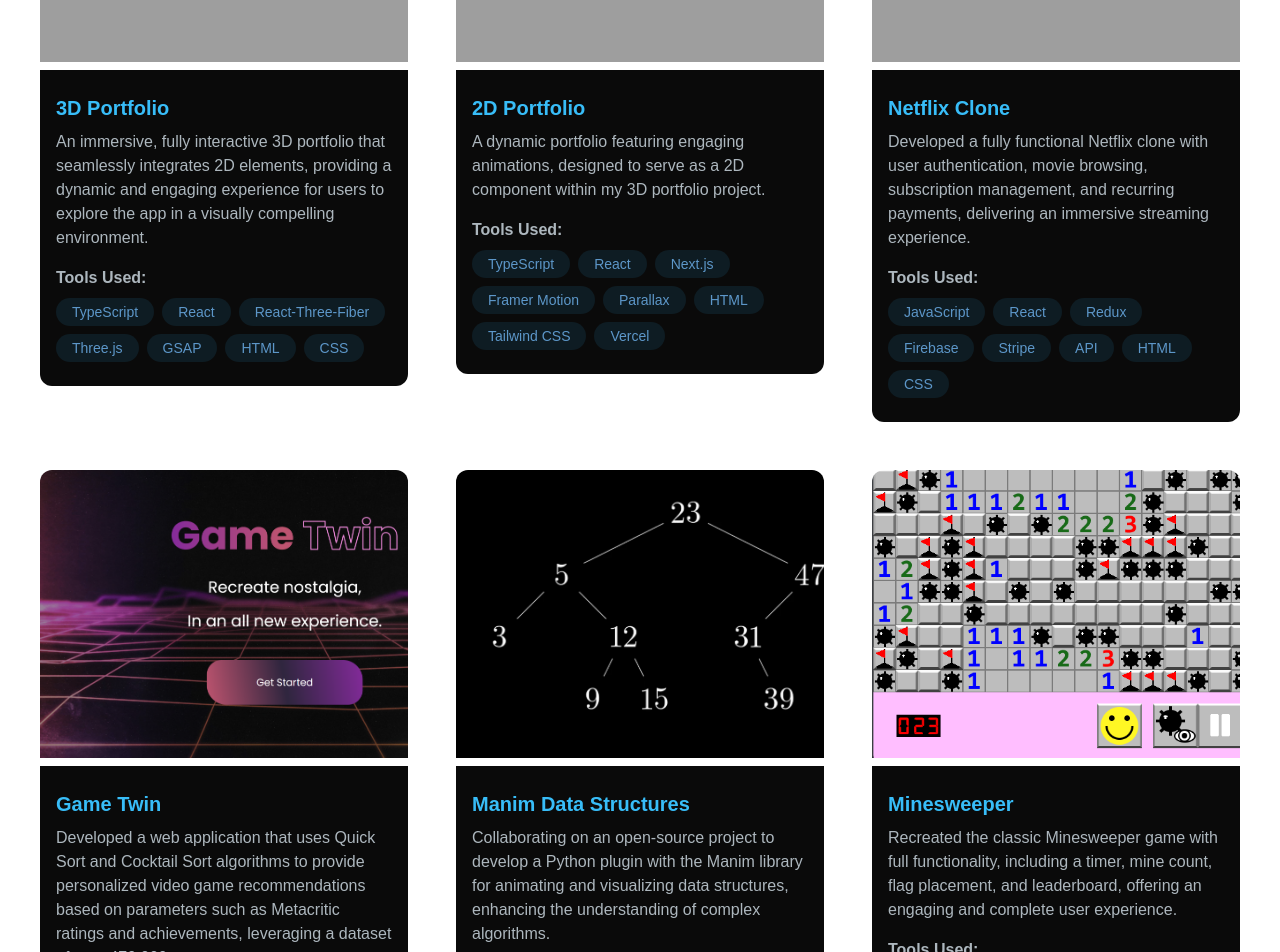
Repository: GG1627/2d-portfolio
Page: /
These files come from the project's save history. The page is drawn as it stood at one moment and after the next save; the edit follows.
The browser window is 1280 px wide. The pictures show the part of the page from y = 1782 to 2734 px (the page is 5560 px tall).
Pictures or frames that could not be fetched are drawn as grey boxes. The project was rebuilt for these pictures with package versions that can differ from the ones it lists, and the page was loaded fresh each time. The framework's server and built-in components were replaced by stand-ins that run in the browser. Also part of the build but not shown: next.config.ts.

Above is the page before, as saved 2025-01-08 10:52:10.

After the next save:
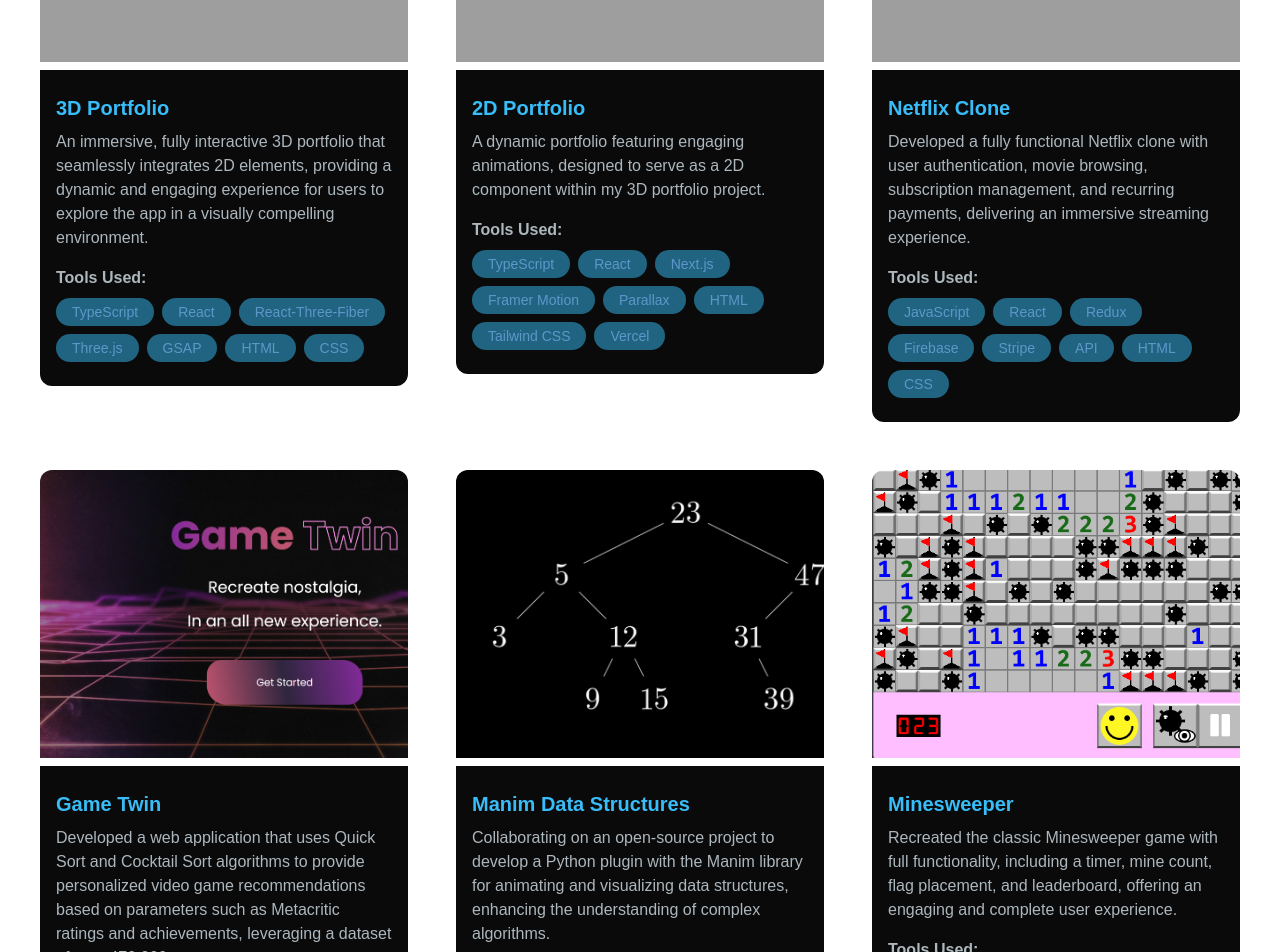
Saved 40 s later.
--- a/app/components/ProjectCard.tsx
+++ b/app/components/ProjectCard.tsx
@@ -53,7 +53,7 @@
             {tools.map((tool, index) => (
               <span
                 key={index}
-                className="bg-sky-400 bg-opacity-[10%] text-[#5D97C9] px-4 py-1 rounded-full text-sm"
+                className="bg-sky-400 bg-opacity-[50%] text-[#5D97C9] px-4 py-1 rounded-full text-sm"
               >
                 {tool}
               </span>

After the save that followed:
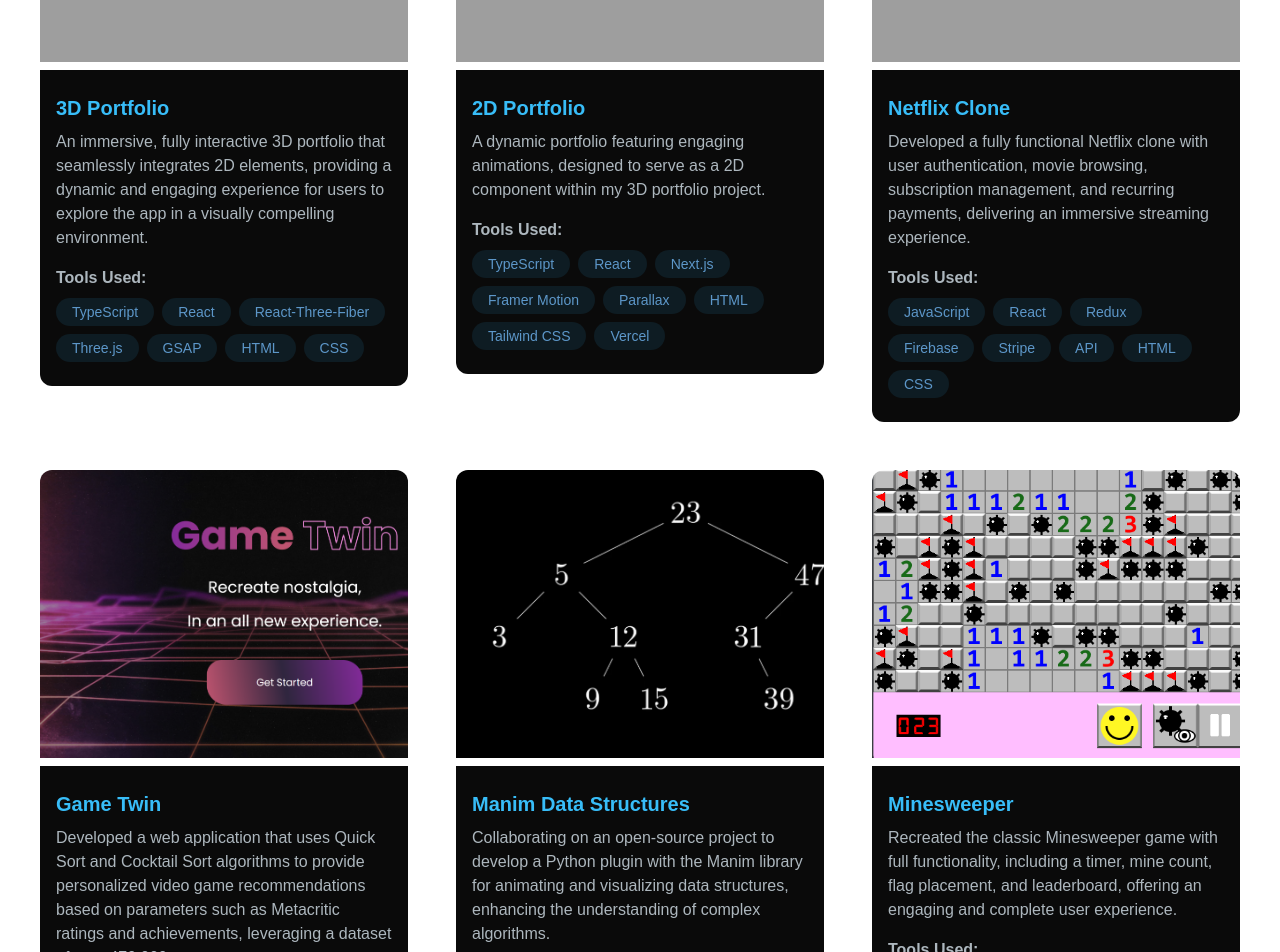
Saved 4 s later.
--- a/app/components/ProjectCard.tsx
+++ b/app/components/ProjectCard.tsx
@@ -53,7 +53,7 @@
             {tools.map((tool, index) => (
               <span
                 key={index}
-                className="bg-sky-400 bg-opacity-[50%] text-[#5D97C9] px-4 py-1 rounded-full text-sm"
+                className="bg-sky-400 bg-opacity-[10%] text-[#5D97C9] px-4 py-1 rounded-full text-sm"
               >
                 {tool}
               </span>
